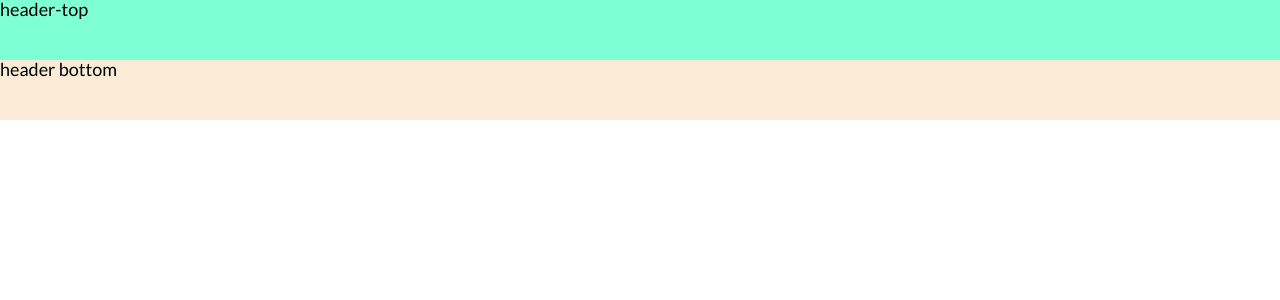
Repository: nicolorz/casamb
Page: /
The author's editor kept a copy of each file at every save. The page is drawn from the files as they stood at one save, then again after the next save.
The browser window is 1280 px wide. The pictures show the whole page.
The project was rebuilt for these pictures with package versions that can differ from the ones it lists, and the page was loaded fresh each time. Also part of the build but not shown: src/index.css, src/App.css.

Above is the page before, as saved 2023-07-18 17:16:29.

### src/index.js
import React from 'react';
import ReactDOM from 'react-dom/client';
import './index.css';
import './assets/css/reset.css'
import './assets/css/style.css'
import App from './App';
import reportWebVitals from './reportWebVitals';

const root = ReactDOM.createRoot(document.getElementById('root'));
root.render(
  <React.StrictMode>
    <App />
  </React.StrictMode>
);

// If you want to start measuring performance in your app, pass a function
// to log results (for example: reportWebVitals(console.log))
// or send to an analytics endpoint. Learn more: https://bit.ly/CRA-vitals
reportWebVitals();

### src/assets/css/style.css
@import url('https://fonts.googleapis.com/css2?family=Lato:ital,wght@0,300;0,400;0,700;1,300;1,400;1,700&display=swap');

html, body {
  margin: 0;
  padding: 0;
  font-size: 18px;
  font-family: 'Lato', sans-serif;
}

.main-wrapper {
  width: 100vw;
  height: 100vh;
  background-color: #fff;
/*   display: flex;
  flex-flow: row nowrap; */
}

/* .sidebar {
  flex: 1;
  background-color: #f6f6f6;
  display: flex;
  flex-flow: column nowrap;
}

.card-wrapper {
  flex: 4;
  padding: 1rem;
  box-sizing: border-box;
  background-color: #EFF8FF;
  border: 1px solid #62A1FF;
  display: flex;
  flex-flow: row nowrap;
  align-items: flex-start;
  gap: 1rem;
}

.footer, .area-buttons {
  width: 100%;
  padding: 1rem;
  box-sizing: border-box;
  background-color: #EFF8FF;
  border: 1px solid #62A1FF;
}

.foooter {
  flex: 0 1 auto;
}

.area-buttons {
  flex: 1 0 auto;
}

.area-buttons {
  display: flex;
  flex-flow: column nowrap;
  gap: 0.5rem;
}

.area-buttons > button {
  align-self: flex-start;
}

.card {
  flex: 0 1 33%;
  padding: 1rem;
  background-color: #62A1FF;
  /* align-self: flex-start;
}

.card > img {
  width: 100%;
} */

### src/App.js
import logo from './logo.svg';
import './App.css';
import  {Header} from './components/HeaderWrapper/HeaderWrapper';

function App() {

  return (
    <div className="main-wrapper">
      <Header />
    </div>
  );
}

export default App;

### src/components/HeaderWrapper/HeaderWrapper.js
import './Header.css'
import { HeaderBottom } from './HeaderBottom'
import { HeaderTop } from './HeaderTop'

export const Header = () => {
    return <div className="header">
        <HeaderTop />
        <HeaderBottom />
    </div>
}

### src/components/HeaderWrapper/Header.css
.header-top {
    width: 100%;
    height: 60px;
    background-color: aquamarine;
}

.header-bottom {
    width: 100%;
    height: 60px;
    background-color: antiquewhite;
}

### src/components/HeaderWrapper/HeaderBottom.js
export const HeaderBottom = () => {
    return (
        <div className="header-bottom">header bottom</div>
    )
}

### src/components/HeaderWrapper/HeaderTop.js
export const HeaderTop = () => {
    return <div className="header-top">header-top</div>
}

Loaded but not shown: public/index.html (common file); src/assets/css/reset.css (common file); src/reportWebVitals.js (common file)

After the next save:
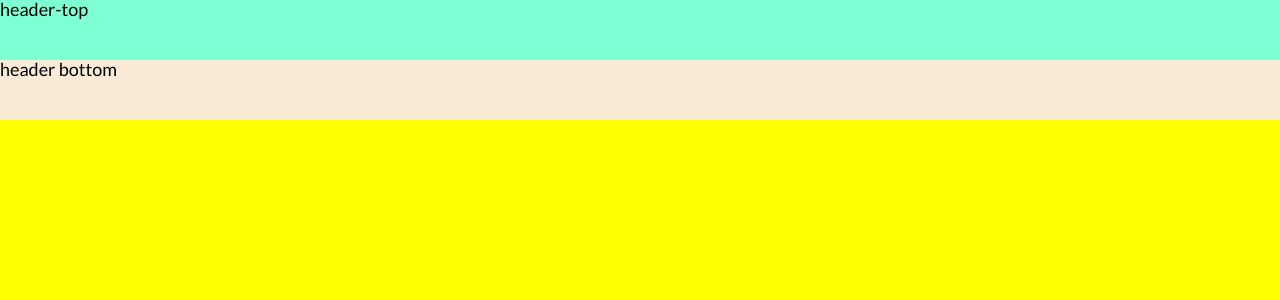
Saved 13 s later.
--- a/src/assets/css/style.css
+++ b/src/assets/css/style.css
@@ -10,7 +10,7 @@ html, body {
 .main-wrapper {
   width: 100vw;
   height: 100vh;
-  background-color: #fff;
+  background-color: yellow;
 /*   display: flex;
   flex-flow: row nowrap; */
 }
